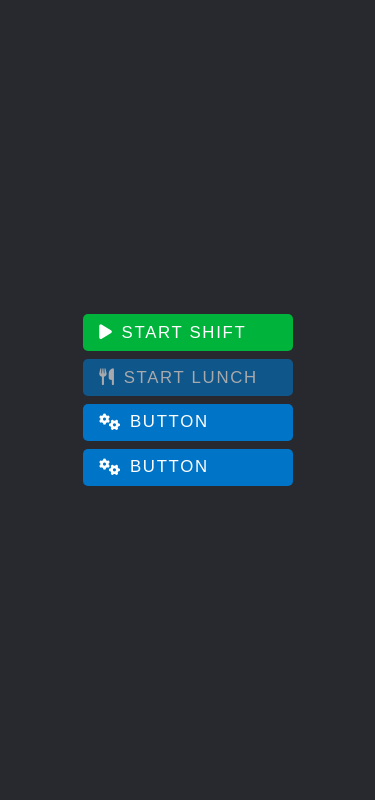
Repository: Philip-Rogers/button-state
Page: index.html
These files come from the project's save history. The page is drawn as it stood at one moment and after the next save; the edit follows.
The browser window is 375 px wide. The pictures show the whole page.

Above is the page before, as saved 2024-08-14 21:43:58.

### index.html
<!DOCTYPE html>
<html lang="en">

<head>
    <meta charset="UTF-8">
    <meta name="viewport" content="width=device-width, initial-scale=1.0">
    <title>Shift and Lunch Toggle Buttons</title>
    <link rel="stylesheet" href="index.css">
    <link rel="stylesheet" href="https://cdnjs.cloudflare.com/ajax/libs/font-awesome/6.5.1/css/all.min.css"
        integrity="sha512-DTOQO9RWCH3ppGqcWaEA1BIZOC6xxalwEsw9c2QQeAIftl+Vegovlnee1c9QX4TctnWMn13TZye+giMm8e2LwA=="
        crossorigin="anonymous" referrerpolicy="no-referrer" />
</head>

<body>

    <!-- Container to hold all buttons -->
    <div class="button-container">
        <!-- Shift Button -->
        <button id="shiftButton" class="toggle-button" onclick="toggleShift()">
            <i class="fa fa-play"></i> Start Shift
        </button>

        <!-- Lunch Button -->
        <button id="lunchButton" class="toggle-button" onclick="toggleLunch()" disabled>
            <i class="fa fa-utensils"></i> Start Lunch
        </button>

        <!-- Placeholder Button 1 -->
        <button id="placeholderButton1" class="toggle-button">
            <i class="fa fa-cogs"></i> Button
        </button>

        <!-- Placeholder Button 2 -->
        <button id="placeholderButton2" class="toggle-button">
            <i class="fa fa-cogs"></i> Button
        </button>
    </div>

    <script>
        let shiftState = 'start'; // Tracks the state of the Shift button
        let lunchState = 'start'; // Tracks the state of the Lunch button

        // Function to toggle the Shift button text and color
        function toggleShift() {
            const shiftButton = document.getElementById('shiftButton');
            const lunchButton = document.getElementById('lunchButton');

            if (shiftState === 'start') {
                shiftButton.innerHTML = '<i class="fa fa-stop"></i> Stop Shift';
                shiftButton.style.backgroundColor = 'hsl(354, 70%, 54%)'; // Red for Stop Shift
                shiftState = 'stop';
                lunchButton.disabled = false; // Enable the Lunch button when Shift is started
                lunchButton.style.backgroundColor = 'hsl(140, 100%, 35%)'; // Change background color to green
            } else {
                // Revert all buttons to their default state
                shiftButton.innerHTML = '<i class="fa fa-play"></i> Start Shift';
                shiftButton.style.backgroundColor = 'hsl(140, 100%, 35%)'; // Green for Start Shift
                shiftState = 'start';
                lunchButton.disabled = true; // Disable the Lunch button when Shift is stopped
                lunchButton.innerHTML = '<i class="fa fa-utensils"></i> Start Lunch'; // Reset Lunch button text
                lunchButton.style.backgroundColor = 'hsl(205, 100%, 39%)'; // Reset Lunch button color
                lunchState = 'start'; // Reset Lunch button state
            }
        }

        // Function to toggle the Lunch button text and color
        function toggleLunch() {
            const shiftButton = document.getElementById('shiftButton');
            const lunchButton = document.getElementById('lunchButton');

            if (lunchState === 'start') {
                lunchButton.innerHTML = '<i class="fa fa-stop"></i> Stop Lunch';
                lunchButton.style.backgroundColor = 'hsl(354, 70%, 54%)'; // Red for Stop Lunch

                if (shiftState === 'stop') {
                    shiftButton.style.backgroundColor =
                        'hsl(354, 70%, 44%)'; // Darkened red for Stop Shift when disabled
                    shiftButton.disabled = true; // Disable the Stop Shift button
                }

                lunchState = 'stop';
            } else {
                lunchButton.innerHTML = '<i class="fa fa-utensils"></i> Start Lunch';
                lunchButton.style.backgroundColor = 'hsl(205, 100%, 39%)'; // Blue background for Stop Lunch
                lunchButton.disabled = true; // Disable the Stop Lunch button

                if (shiftState === 'stop') {
                    shiftButton.style.backgroundColor = 'hsl(354, 70%, 54%)'; // Restore the red color for Stop Shift
                    shiftButton.disabled = false; // Re-enable the Stop Shift button
                }

                lunchState = 'start';
            }
        }
    </script>

</body>

</html>

### index.css
@font-face {
    font-family: "Waltograph";
    src: url(../fonts/waltograph42.otf) format("opentype");
}

@font-face {
    font-family: "Charlemagne";
    src: url(../fonts/CharlemagneStd-Bold.otf) format("opentype");
}

@font-face {
    font-family: "Brandon Grotesque";
    src: url(../fonts/brandon-grotesque-light-58a8a4b38001d.otf) format("opentype");
}

body {
    font-family: "Brandon Grotesque";
    background-color: hsl(225, 9%, 17%);
    margin: 0;
    display: flex;
    justify-content: center;
    align-items: center;
    height: 100vh;
    overflow: hidden;
    /* Prevent scrolling */
}

button {
    font-size: 1.25em;
    display: block;
    border-radius: 5px;
    background-color: hsl(140, 100%, 35%);
    color: hsl(354, 70%, 100%);
    padding: 1em 1.25em;
    width: 300px;
    cursor: pointer;
    border: none;
    text-transform: uppercase;
    letter-spacing: 0.1em;
    transition: all .2s ease-in-out;
}

#shiftButton i {
    margin-right: 8px;
}

#shiftButton.stopShift {
    background-color: hsl(354, 70%, 54%);
}

.button-container {
    display: flex;
    flex-direction: column;
    align-items: center;
    justify-content: center;
    gap: 10px;
    /* Ensure the container takes up full viewport height */
    height: 100%;
}

.toggle-button {
    color: hsl(354, 70%, 100%);
    background-color: hsl(140, 100%, 35%);
    border: none;
    padding: 10px 20px;
    font-size: 16px;
    cursor: pointer;
    display: flex;
    align-items: center;
    width: 200px;
}

#lunchButton,
#placeholderButton1,
#placeholderButton2 {
    background-color: hsl(205, 100%, 39%);
}

.toggle-button i {
    margin-right: 8px;
}

.toggle-button:disabled {
    cursor: not-allowed;
    opacity: 0.6;
}

/* Media Queries for Responsive Design */
@media (max-width: 768px) {
    button {
        font-size: 1.75em;
        /* 40% larger */
        width: 420px;
        /* 40% larger */
        padding: 1.4em 1.75em;
        /* 40% larger */
    }

    .toggle-button {
        font-size: 22.4px;
        /* 40% larger */
        width: 280px;
        /* 40% larger */
        padding: 14px 28px;
        /* 40% larger */
    }

    .button-container {
        align-items: center;
    }
}

@media (max-width: 480px) {
    button {
        font-size: 1.75em;
        /* 40% larger */
        width: 280px;
        /* 40% larger */
        padding: 0.7em 1.05em;
        /* 40% larger */
    }

    .toggle-button {
        font-size: 16.8px;
        /* 40% larger */
        width: 210px;
        /* 40% larger */
        padding: 8.4px 16.8px;
        /* 40% larger */
    }

    .button-container {
        gap: 8px;
        align-items: center;
    }
}

After the next save:
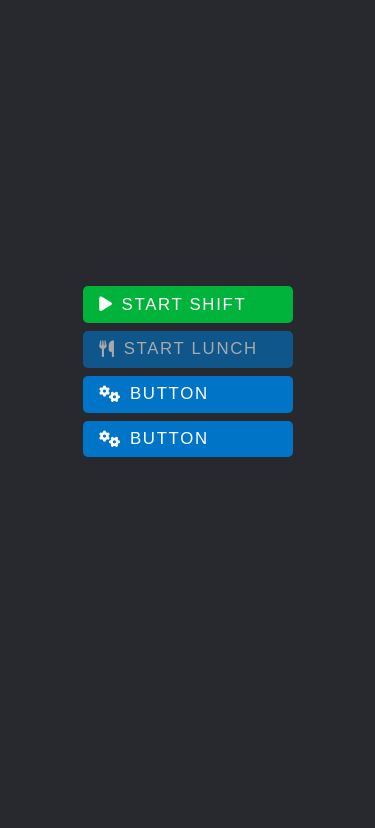
Saved 16 min 30 s later.
--- a/index.css
+++ b/index.css
@@ -107,6 +107,8 @@ button {
 
     .button-container {
         align-items: center;
+        padding-bottom: 15%;
+        /* Add 15% bottom padding */
     }
 }
 
@@ -132,5 +134,7 @@ button {
     .button-container {
         gap: 8px;
         align-items: center;
+        padding-bottom: 15%;
+        /* Add 15% bottom padding */
     }
 }
